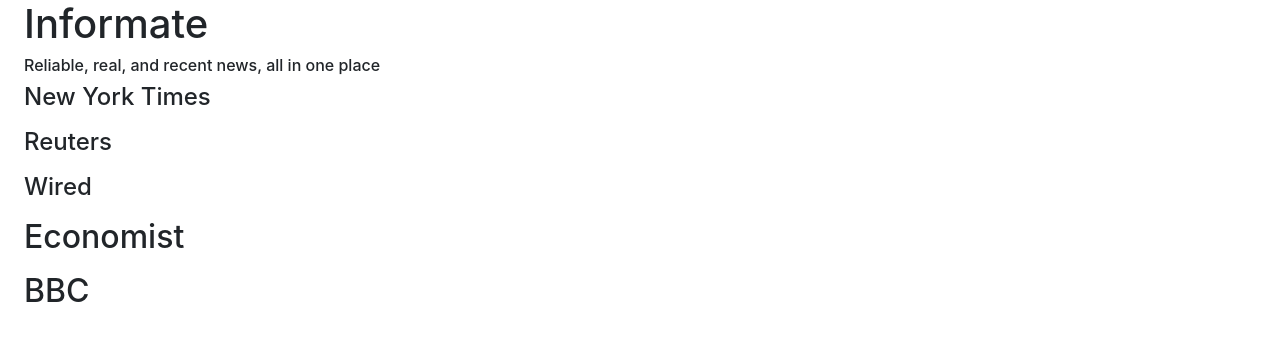
Repository: rbafna6507/newsaggregator-frontend
Page: index.html
An editor plug-in stored every save of this project. The page is shown before and after the next save, followed by the edit.
The browser window is 1280 px wide. The pictures show the whole page.
The page's requests for data from a server got no answer. Some web libraries are served in a nearby version.

Above is the page before, as saved 2020-12-16 12:45:33.

After the next save:
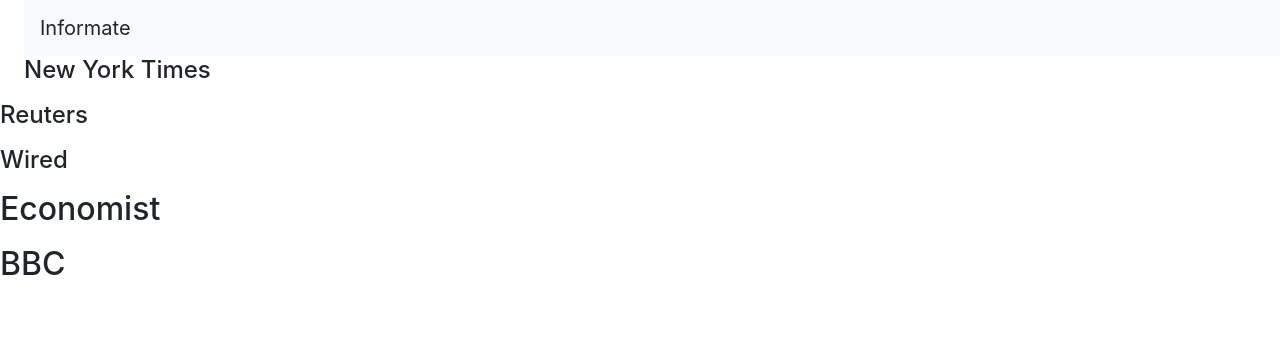
Saved 105 s later.
--- a/index.html
+++ b/index.html
@@ -11,9 +11,12 @@
 </head>
 <body>
     <div style="margin-left: 24px">
-        <div>
+        <nav class="navbar navbar-expand-lg navbar-light bg-light">
+            <a class="navbar-brand">Informate</a>
+        </nav>
+        <!-- <div>
             <h1>Informate</h1>
-        <h6>Reliable, real, and recent news, all in one place</h6>
+        <h6>Reliable, real, and recent news, all in one place</h6> -->
         <h4>New York Times</h4>
         <ul id = "nytimes"></ul>
         </div>
